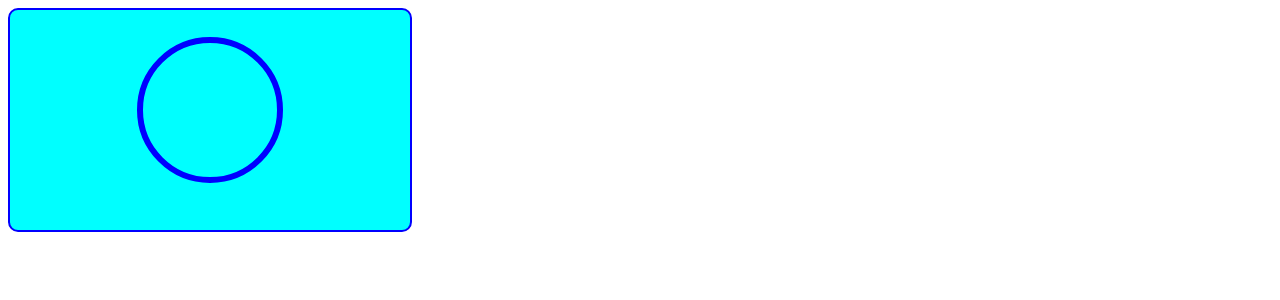
Repository: Tan-Khang21/TH_TKW--Buoi_05
Page: Bai_Tap_Ve_Nha/Bai_01/canvas10.html
The author's editor kept a copy of each file at every save. The page is drawn from the files as they stood at one save, then again after the next save.
The browser window is 1280 px wide. The pictures show the whole page.

Above is the page before, as saved 2024-03-10 21:33:29.

### Bai_Tap_Ve_Nha/Bai_01/canvas10.html
<!DOCTYPE html>
<html lang="en">
  <head>
    <meta charset="UTF-8" />
    <meta name="viewport" content="width=device-width, initial-scale=1.0" />
    <title>Document</title>
  </head>
  <body>
    <canvas
      id="myCanvas"
      style="
        border: 2px solid blue;
        background-color: aqua;
        border-radius: 10px;
      "
      width="400px"
      height="220px"
    ></canvas>
    <script>
      var canvas = document.getElementById("myCanvas"),
        ctx = canvas.getContext("2d");
      ctx.beginPath();
      ctx.arc(200, 100, 70, 0, 2 * Math.PI);
      ctx.strokeStyle = "blue";
      ctx.lineWidth = 6;
      ctx.stroke();
    </script>
  </body>
</html>

After the next save:
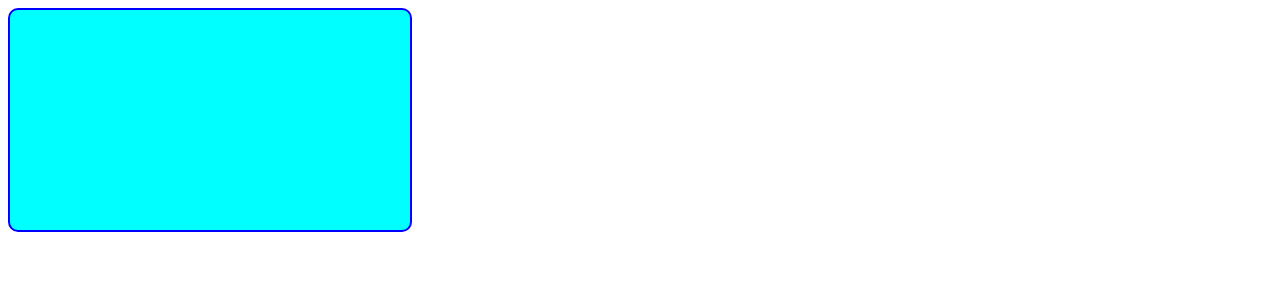
Saved 45 s later.
--- a/Bai_Tap_Ve_Nha/Bai_01/canvas10.html
+++ b/Bai_Tap_Ve_Nha/Bai_01/canvas10.html
@@ -21,9 +21,9 @@
         ctx = canvas.getContext("2d");
       ctx.beginPath();
       ctx.arc(200, 100, 70, 0, 2 * Math.PI);
-      ctx.strokeStyle = "blue";
-      ctx.lineWidth = 6;
-      ctx.stroke();
+      //   ctx.strokeStyle = "blue";
+      //   ctx.lineWidth = 6;
+      //   ctx.stroke();
     </script>
   </body>
 </html>
